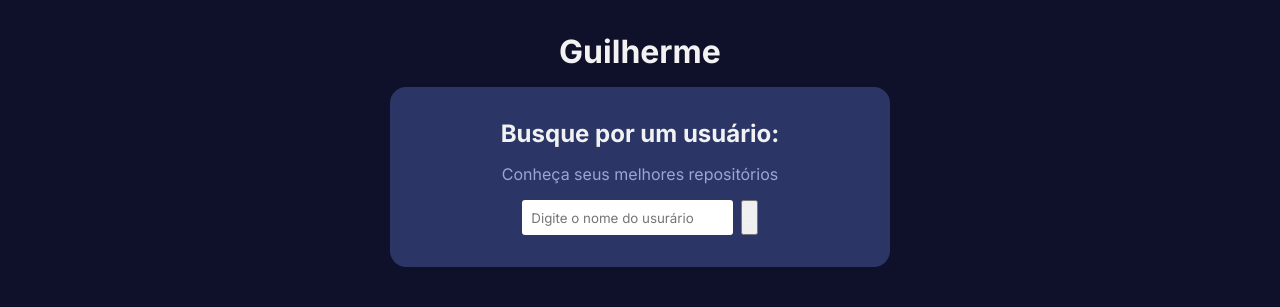
Repository: guilhermecardoso93/github-finder
Page: /
An editor plug-in stored every save of this project. The page is shown before and after the next save, followed by the edit.
The browser window is 1280 px wide. The pictures show the whole page.
The project was rebuilt for these pictures with package versions that can differ from the ones it lists, and the page was loaded fresh each time. Also part of the build but not shown: vite.config.ts.

Above is the page before, as saved 2024-10-24 19:50:29.

### index.html
<!doctype html>
<html lang="en">

<head>
    <meta charset="UTF-8" />
    <link rel="icon" type="image/svg+xml" href="/" />
    <link rel="preconnect" href="https://fonts.googleapis.com">
    <link rel="preconnect" href="https://fonts.gstatic.com" crossorigin>
    <link href="https://fonts.googleapis.com/css2?family=Inter:ital,opsz,wght@0,14..32,100..900;1,14..32,100..900&display=swap" rel="stylesheet">
    <meta name="viewport" content="width=device-width, initial-scale=1.0" />
    <title>GitHub Finder </title>
</head>

<body>
    <div id="root"></div>
    <script type="module" src="/src/main.tsx"></script>
</body>

</html>

### src/main.tsx
import { createBrowserRouter, RouterProvider } from "react-router-dom";
import { StrictMode } from "react";
import { createRoot } from "react-dom/client";
import { App } from "./App.tsx";
import "./index.css";

//Pages
import { Home } from "./routes/Home.tsx";

const router = createBrowserRouter([
  {
    path: "/",
    element: <App />,
    children: [
      {
        path: "/",
        element: <Home />,
      },
    ],
  },
]);

createRoot(document.getElementById("root")!).render(
  <StrictMode>
    <RouterProvider router={router} />
  </StrictMode>
);

### src/App.tsx
import { Outlet } from "react-router-dom";

import classes from './App.module.css';

export const App = () => {
  return (
    <div className={classes.app}>
      <h1>Guilherme</h1>
      <Outlet />
    </div>
  );
};

### src/index.css
* {
  padding: 0;
  margin: 0;
  box-sizing: border-box;
  font-family: "Inter", serif;
  font-optical-sizing: auto;
  color: #f2f2f2;
}

body {
  background-color: #0e1129;
  padding: 2rem;
}

p {
  text-align: center;
}

a {
  text-decoration: none;
}

### src/routes/Home.tsx
import { useState } from "react";
import { UserProps } from "../@types/user";
import { Search } from "../components/Search";

export const Home = () => {
  const [user, setUser] = useState<UserProps | null>(null);

  async function loadUser(userName: string) {
    const res = await fetch(`https://api.github.com/users/${userName}`);
    const data = await res.json();

    const { avatar_url, login, location, followers, following } = data;

    const userData: UserProps = {
      avatar_url,
      login,
      location,
      followers,
      following,
    };

    setUser(userData);
  }

  return (
    <>
      <Search loadUser={loadUser} />
      {
        user && <p>{user.login}</p>
      }
    </>
  );
};

### src/App.module.css
.app {
  max-width: 500px;
  margin: 0 auto;
}

.app h1 {
  text-align: center;
  margin-bottom: 1rem;
}

### src/components/Search/index.tsx
import { useState } from "react";
import { BsSearch } from "react-icons/bs";

import classes from './styles.module.css'

type SearchProps = {
  loadUser: (userName: string) => Promise<void>;
};

export const Search = ({ loadUser }: SearchProps) => {
  const [userName, setUserName] = useState("");

  return (
    <div className={classes.container}>
      <h2>Busque por um usuário:</h2>
      <p>Conheça seus melhores repositórios</p>
      <div className={classes.search_input}>
        <input
          type="text"
          placeholder="Digite o nome do usurário"
          onChange={(e) => setUserName(e.target.value)}
        />
        <button onClick={() => loadUser(userName)}>
          <BsSearch />
        </button>
      </div>
    </div>
  );
};

### src/components/Search/styles.module.css
.container {
  background-color: #2b3566;
  padding: 2rem;
  border-radius: 1rem;
  gap: 1rem;
  display: flex;
  flex-direction: column;
  align-items: center;
  justify-content: center;
  margin-bottom: 2rem;
}

.container p {
  color: #9da5d1;
}

.search_input {
  display: flex;
  gap: .5rem;
}

.search_input input,
.search_input input {
  padding: .6rem;
  border-radius: 3px;
  border: none;
  color: #2b3566;
}

After the next save:
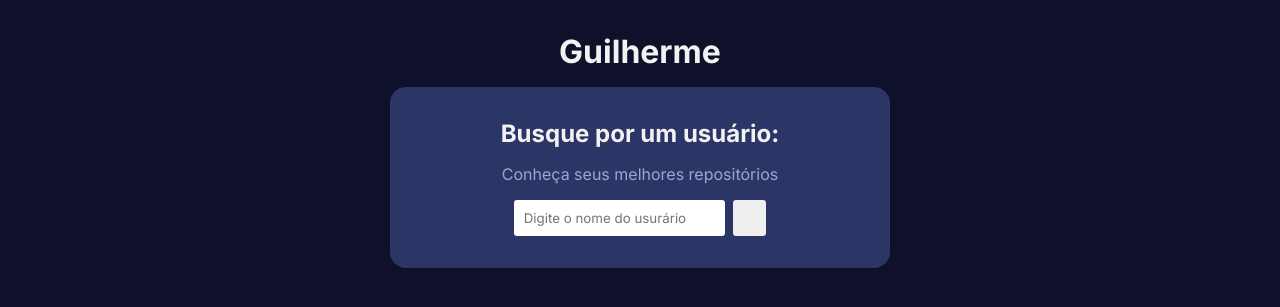
Saved 8 s later.
--- a/src/components/Search/styles.module.css
+++ b/src/components/Search/styles.module.css
@@ -20,7 +20,7 @@
 }
 
 .search_input input,
-.search_input input {
+.search_input button {
   padding: .6rem;
   border-radius: 3px;
   border: none;
